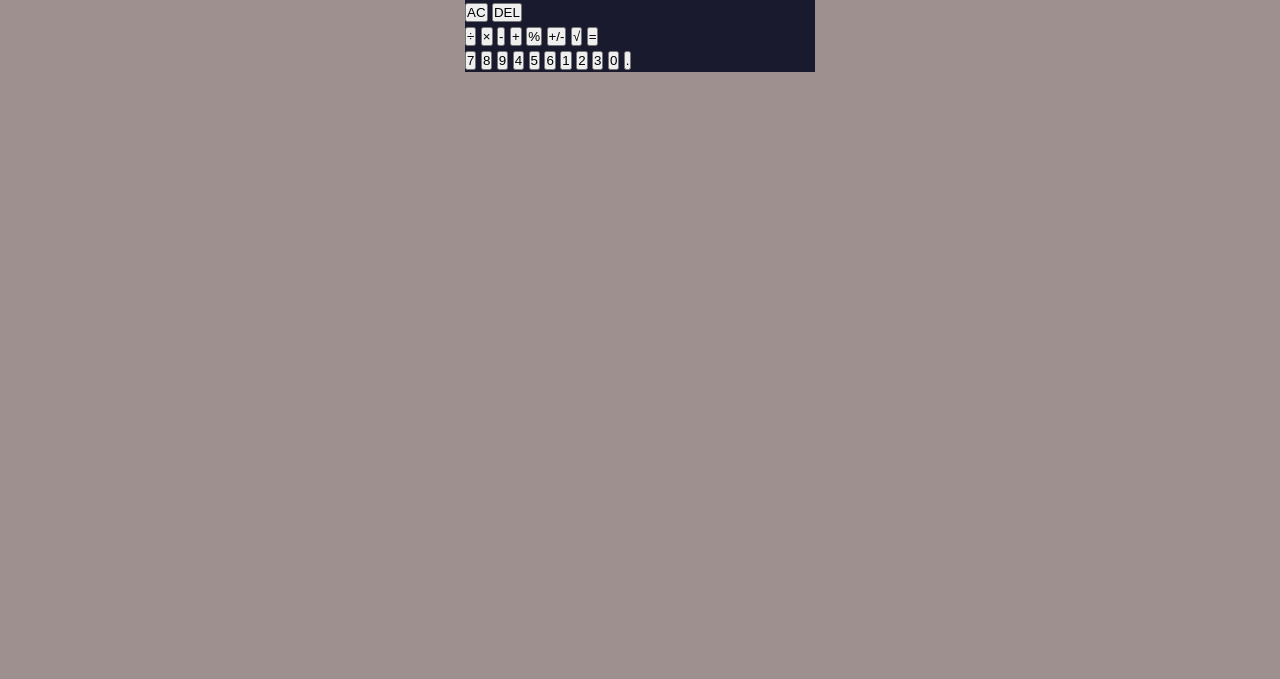
Repository: MikkyPrestige/js-calculator
Page: index.html
The author's editor kept a copy of each file at every save. The page is drawn from the files as they stood at one save, then again after the next save.
The browser window is 1280 px wide. The pictures show the whole page.

Above is the page before, as saved 2023-05-08 00:53:17.

After the next save:
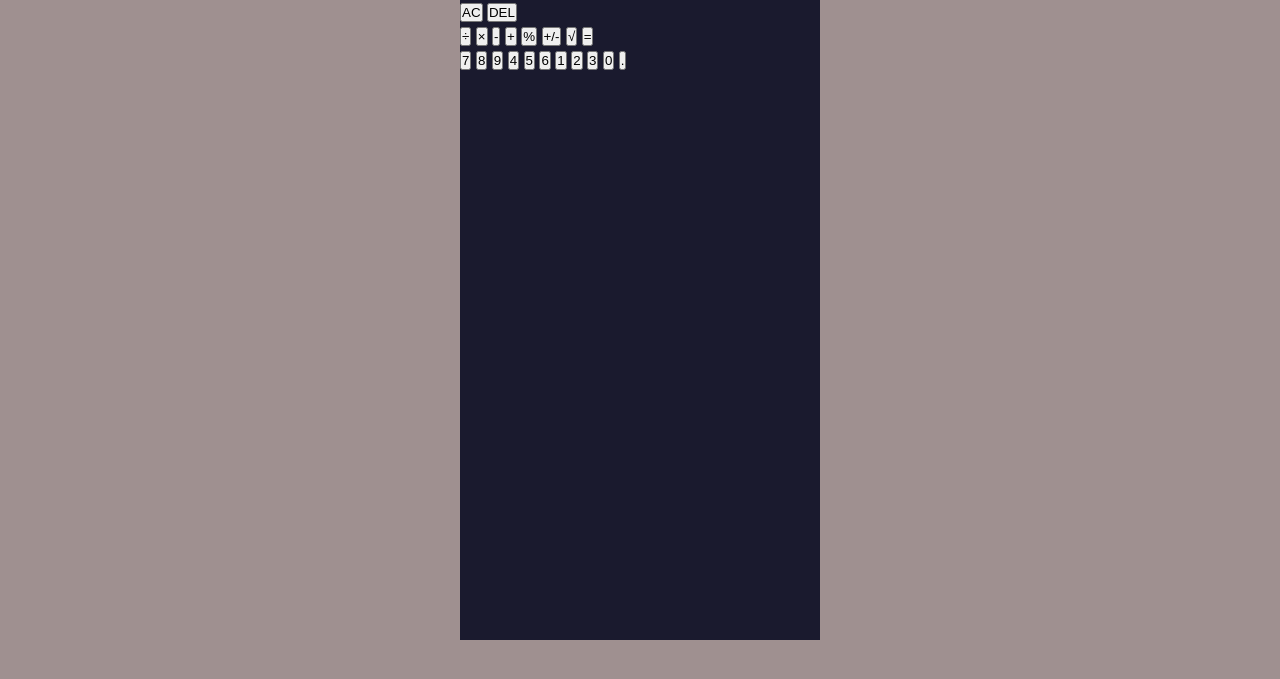
Saved 17 s later.
--- a/index.css
+++ b/index.css
@@ -19,7 +19,7 @@
 main {
   background: rgba(26, 26, 46, 1);
   width: 100%;
-  max-width: 350px;
-  min-height: 100%;
+  max-width: 360px;
+  height: 640px;
   margin: 0 auto;
 }

After the save that followed:
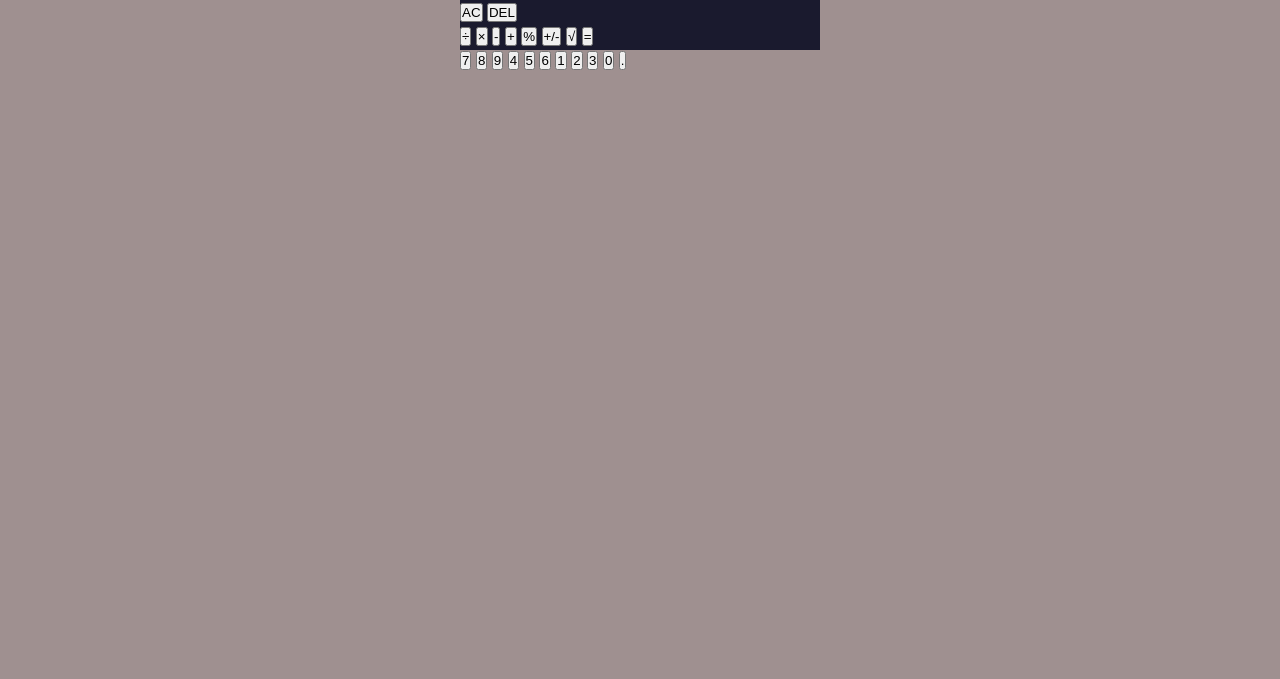
Saved 11 s later.
--- a/index.css
+++ b/index.css
@@ -20,6 +20,6 @@
   background: rgba(26, 26, 46, 1);
   width: 100%;
   max-width: 360px;
-  height: 640px;
+  height: 50px;
   margin: 0 auto;
 }
